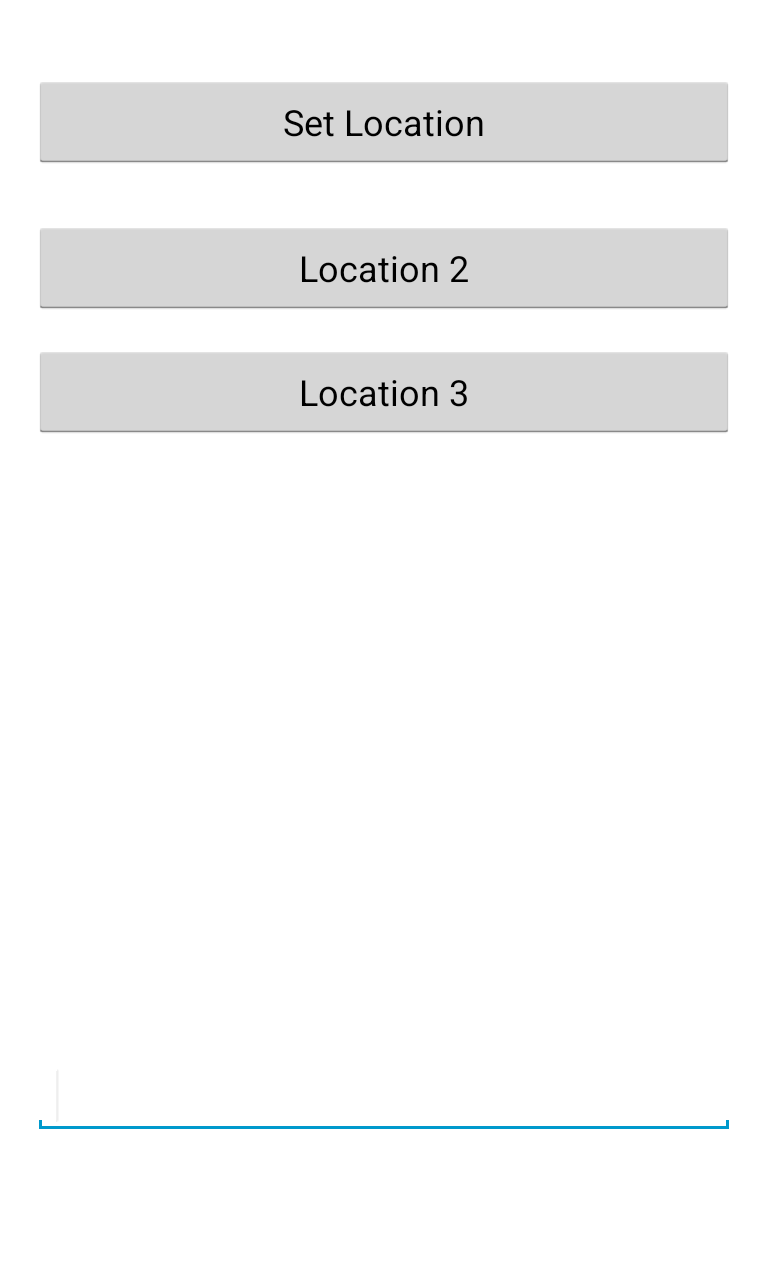
Repository: nigelmc/city-vendors-android
Layout: CityVendor/CityVendor/res/layout/activity_set_location.xml
An editor plug-in stored every save of this project. The layout is shown before and after the next save, followed by the edit.
It is drawn on a 768 x 1280 px phone screen (xhdpi) without system bars, with theme AppTheme; the app's code is not run.

Above is the layout before, as saved 2013-11-16 20:04:48.

### CityVendor/CityVendor/res/layout/activity_set_location.xml
<RelativeLayout xmlns:android="http://schemas.android.com/apk/res/android"
    xmlns:tools="http://schemas.android.com/tools"
    android:layout_width="match_parent"
    android:layout_height="match_parent"
    android:paddingBottom="@dimen/activity_vertical_margin"
    android:paddingLeft="@dimen/activity_horizontal_margin"
    android:paddingRight="@dimen/activity_horizontal_margin"
    android:paddingTop="@dimen/activity_vertical_margin"
    tools:context=".SetLocation" >

    <Button
        android:id="@+id/button1"
        android:layout_width="match_parent"
        android:layout_height="wrap_content"
        android:layout_alignLeft="@+id/editText1"
        android:layout_alignRight="@+id/editText1"
        android:layout_marginTop="21dp"
        android:text="@string/set_location" />

    <EditText
        android:id="@+id/editText1"
        android:layout_width="match_parent"
        android:layout_height="wrap_content"
        android:layout_alignParentBottom="true"
        android:layout_centerHorizontal="true"
        android:layout_marginBottom="56dp"
        android:ems="10"
        android:onClick="setLocation1"
        android:inputType="textMultiLine" >

        <requestFocus />
    </EditText>

    <Button
        android:id="@+id/button2"
        android:layout_width="wrap_content"
        android:layout_height="wrap_content"
        android:layout_alignLeft="@+id/button1"
        android:layout_alignRight="@+id/button1"
        android:layout_below="@+id/button1"
        android:layout_marginTop="25dp"
        android:onClick="setLocation2"
        android:text="Location 2" />

    <Button
        android:id="@+id/Button01"
        android:layout_width="wrap_content"
        android:layout_height="wrap_content"
        android:layout_alignLeft="@+id/button2"
        android:layout_alignRight="@+id/button2"
        android:layout_below="@+id/button2"
        android:layout_marginTop="14dp"
        android:onClick="setLocation3"
        android:text="Location 3" />

</RelativeLayout>

### CityVendor/CityVendor/res/values/strings.xml
<?xml version="1.0" encoding="utf-8"?>
<resources>

    <string name="app_name">CityVendor</string>
    <string name="action_settings">Settings</string>
    <string name="hello_world">Hello world!</string>
    <string name="set_location">Set Location</string>

</resources>

Loaded but not shown: CityVendor/CityVendor/res/values/styles.xml (common file); CityVendor/CityVendor/res/values-v11/styles.xml (common file); CityVendor/CityVendor/res/values-v14/styles.xml (common file); CityVendor/CityVendor/res/values/dimens.xml (common file)

After the next save:
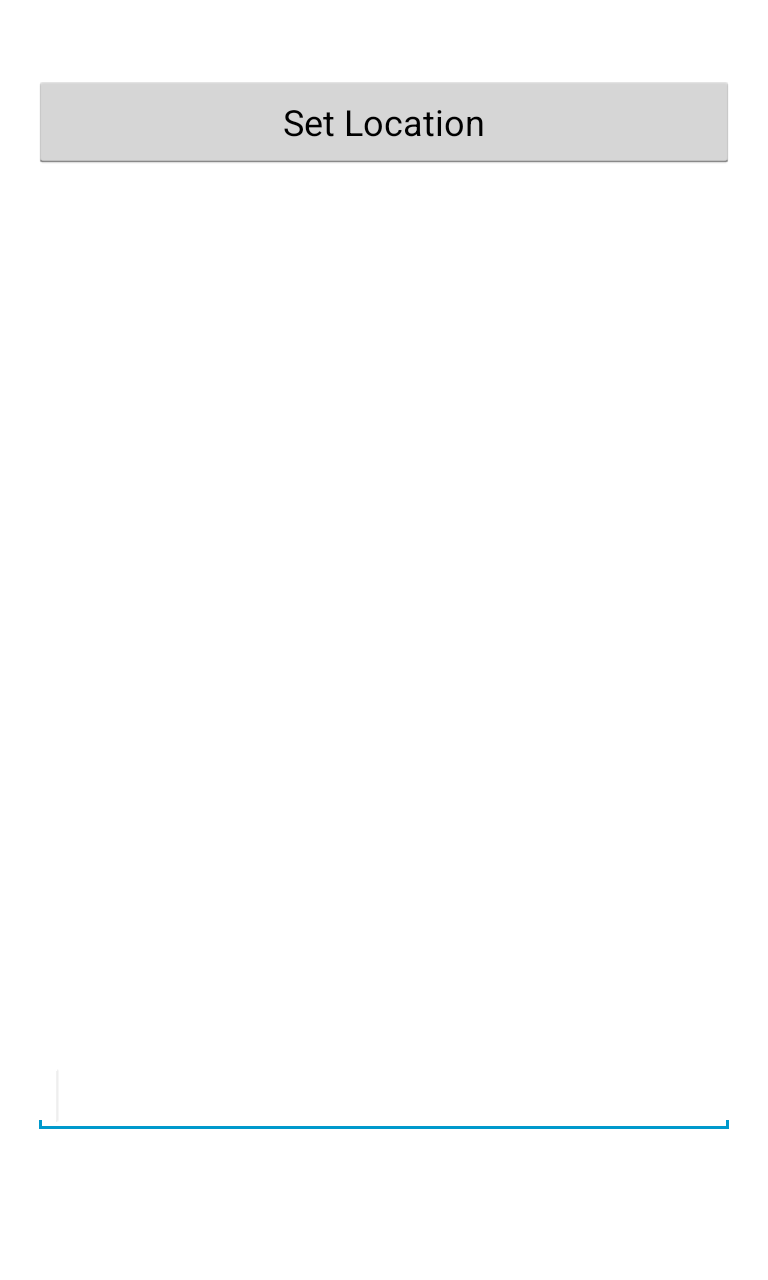
Saved 26 s later.
--- a/CityVendor/CityVendor/res/layout/activity_set_location.xml
+++ b/CityVendor/CityVendor/res/layout/activity_set_location.xml
@@ -25,32 +25,10 @@
         android:layout_centerHorizontal="true"
         android:layout_marginBottom="56dp"
         android:ems="10"
-        android:onClick="setLocation1"
+
         android:inputType="textMultiLine" >
 
         <requestFocus />
     </EditText>
 
-    <Button
-        android:id="@+id/button2"
-        android:layout_width="wrap_content"
-        android:layout_height="wrap_content"
-        android:layout_alignLeft="@+id/button1"
-        android:layout_alignRight="@+id/button1"
-        android:layout_below="@+id/button1"
-        android:layout_marginTop="25dp"
-        android:onClick="setLocation2"
-        android:text="Location 2" />
-
-    <Button
-        android:id="@+id/Button01"
-        android:layout_width="wrap_content"
-        android:layout_height="wrap_content"
-        android:layout_alignLeft="@+id/button2"
-        android:layout_alignRight="@+id/button2"
-        android:layout_below="@+id/button2"
-        android:layout_marginTop="14dp"
-        android:onClick="setLocation3"
-        android:text="Location 3" />
-
 </RelativeLayout>
